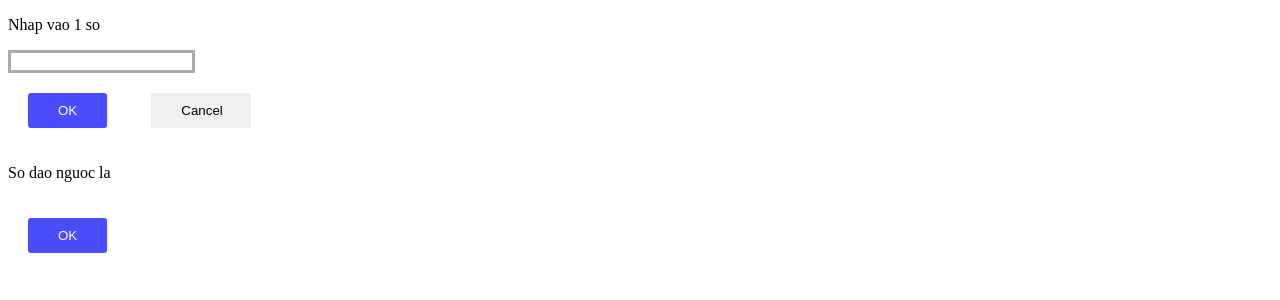
Repository: lhggiang/Sodaonguoc
Page: index.html
An editor plug-in stored every save of this project. The page is shown before and after the next save, followed by the edit.
The browser window is 1280 px wide. The pictures show the whole page.

Above is the page before, as saved 2023-05-19 07:01:22.

After the next save:
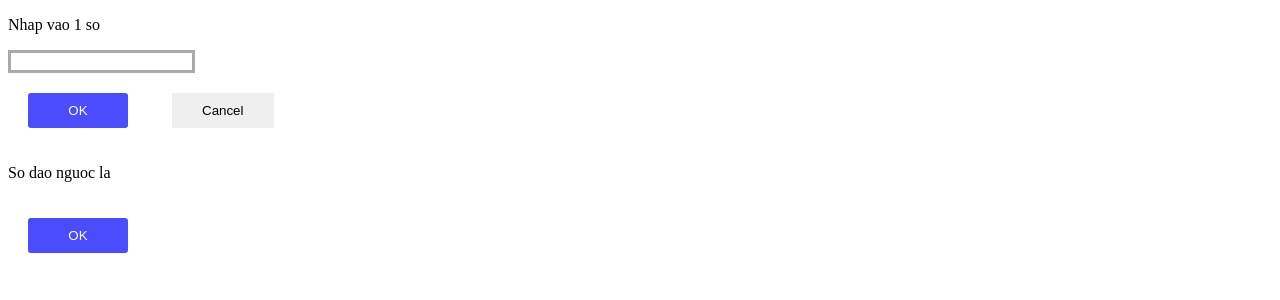
Saved 6 s later.
--- a/style.css
+++ b/style.css
@@ -5,7 +5,7 @@
 .btn {
   margin: 20px;
   padding: 10px 30px;
-  max-width: 100px;
+  min-width: 100px;
   border: none;
 }
 
